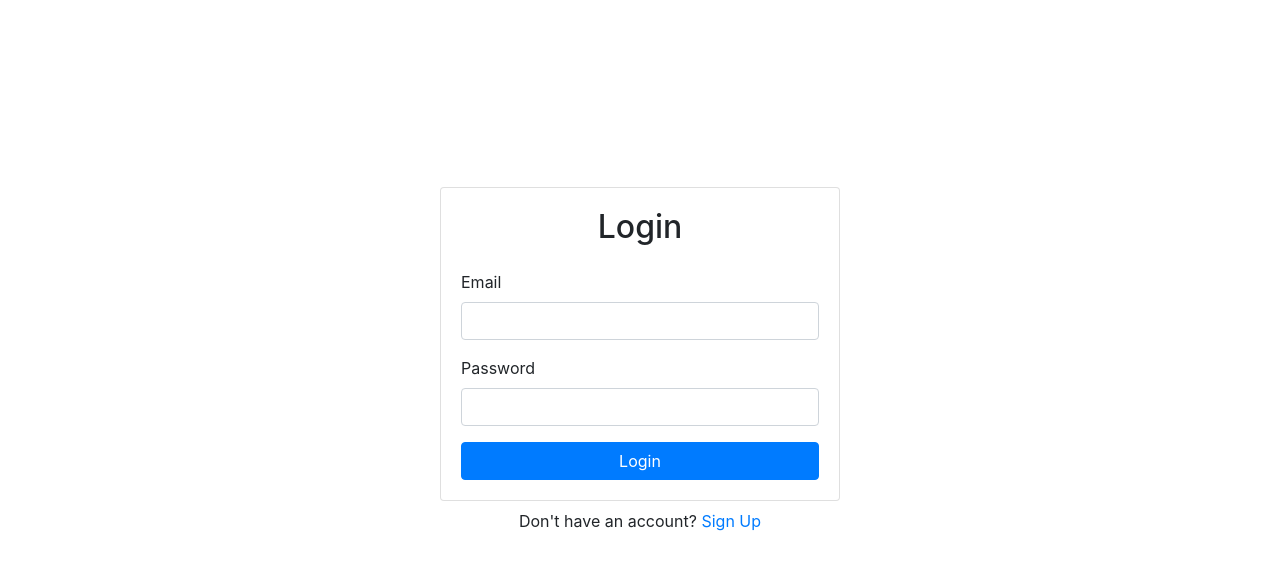
Repository: JonoBowenDev/firebase-tutorial
Page: /
The author's editor kept a copy of each file at every save. The page is drawn from the files as they stood at one save, then again after the next save.
The browser window is 1280 px wide. The pictures show the whole page.
The project was rebuilt for these pictures with package versions that can differ from the ones it lists, and the page was loaded fresh each time. Also part of the build but not shown: src/components/SignUp.js, src/components/Dashboard.js.

Above is the page before, as saved 2021-03-12 18:52:54.

### src/index.js
import React from 'react';
import ReactDOM from 'react-dom';
import App from './components/App';
import "bootstrap/dist/css/bootstrap.min.css";

ReactDOM.render(
  <React.StrictMode>
    <App />
  </React.StrictMode>,
  document.getElementById('root')
);

### src/components/App.js
import SignUp from "./SignUp";
import { Container } from "react-bootstrap";
import { AuthProvider } from "../contexts/AuthContext";
import { BrowserRouter as Router, Switch, Route } from "react-router-dom";
import Dashboard from "./Dashboard";
import Login from "./Login";
import PrivateRoute from "./PrivateRoute";

function App() {
  return (

    <Container className="d-flex align-items-center justify-content-center"
      style={{ minHeight: "100vh"}}>
      <div className="w-100" style={{maxWidth: "400px"}}>
      <Router>
        <AuthProvider>
          <Switch>
            <PrivateRoute exact path="/" component={Dashboard} />
            <Route path="/signup" component={SignUp} />
            <Route path="/login" component={Login} />
          </Switch>
        </AuthProvider>
      </Router>
      </div>
    </Container>

  );
}

export default App;

### src/contexts/AuthContext.js
import React, { useContext, useState, useEffect } from "react";
import { auth } from "../firebase";

const AuthContext = React.createContext();

export function useAuth() {
    return useContext(AuthContext);
}

export function AuthProvider({ children }) {

    const [currentUser, setCurrentUser] = useState();
    const [loading, setLoading] = useState(true);

    const signUp = (email, password) => {
        return auth.createUserWithEmailAndPassword(email, password);
    }

    const login = (email, password) => {
        return auth.signInWithEmailAndPassword(email, password);
    }

    const logout = () => {
        return auth.signOut();
    }

    useEffect(() => {
        const unsubscribe = auth.onAuthStateChanged(user => {
            setCurrentUser(user);
            setLoading(false);
        })

        return unsubscribe;
    }, [])


    const value = {
        currentUser,
        login,
        signUp,
        logout
    }

    return (
        <AuthContext.Provider value={value}>
            {!loading && children}
        </AuthContext.Provider>
    )
}

### src/components/Login.js
import React, { useState, useRef } from 'react';
import { Form, Button, Card, Alert } from 'react-bootstrap';
import { useAuth } from "../contexts/AuthContext";
import { Link, useHistory } from "react-router-dom";

export default function Login() {

    const emailRef = useRef();
    const passwordRef = useRef();

    const [error, setError] = useState("");
    const [loading, setLoading] = useState(false);

    const { login } = useAuth();

    const history = useHistory();

    async function handleSubmit (e) {
        e.preventDefault();

        try{
            setError("");
            setLoading(true);
            await login(emailRef.current.value, passwordRef.current.value);
            history.push("/");
        } catch {
            setError("Failed to sign in");
        }

        setLoading(false);
    }

    return (
        <div>
        <Card>
            <Card.Body>
                <h2 className="text-center mb-4">Login</h2>
                {error && <Alert variant ="danger">{error}</Alert>}
                <Form onSubmit={handleSubmit}>
                    <Form.Group id="email">
                        <Form.Label>Email</Form.Label>
                        <Form.Control type="email" ref={emailRef} required />
                    </Form.Group>
                    <Form.Group id="password">
                        <Form.Label>Password</Form.Label>
                        <Form.Control type="password" ref={passwordRef} required />
                    </Form.Group>
                    <Button disabled={loading} className="w-100" type="submit">
                        Login
                    </Button>
                </Form>
            </Card.Body>
        </Card>
        <div className="w-100 text-center mt-2">
            Don't have an account? <Link to="/signup">Sign Up</Link>
        </div>
        </div>
    )
}

### src/components/PrivateRoute.js
import React from 'react'
import { Route, Redirect } from "react-router-dom";
import { useAuth } from "../contexts/AuthContext";

export default function PrivateRoute({ component: Component, ...rest }) {

    const { currentUser } = useAuth();

    return (
        <Route
        {...rest}
        render={props => {
            return currentUser ? <Component {...props} /> : <Redirect to="/login" />
        }}
        >

        </Route>
    )
}

### src/firebase.js
import firebase from "firebase";
import "firebase/auth";

// TRY IF THIS DOESN'T WORK
// console.log(process.env.apikey);

const app = firebase.initializeApp({
    apiKey: process.env.REACT_APP_FIREBASE_API_KEY,
    authDomain: process.env.REACT_APP_FIREBASE_AUTH_DOMAIN,
    projectId: process.env.REACT_APP_FIREBASE_PROJECT_ID,
    storageBucket: process.env.REACT_APP_FIREBASE_STORAGE_BUCKET,
    messagingSenderId: process.env.REACT_APP_FIREBASE_MESSAGING_SENDER_ID,
    appId: process.env.REACT_APP_FIREBASE_APP_ID
});

export const auth = app.auth();
export default app;

Loaded but not shown: public/index.html (common file)

After the next save:
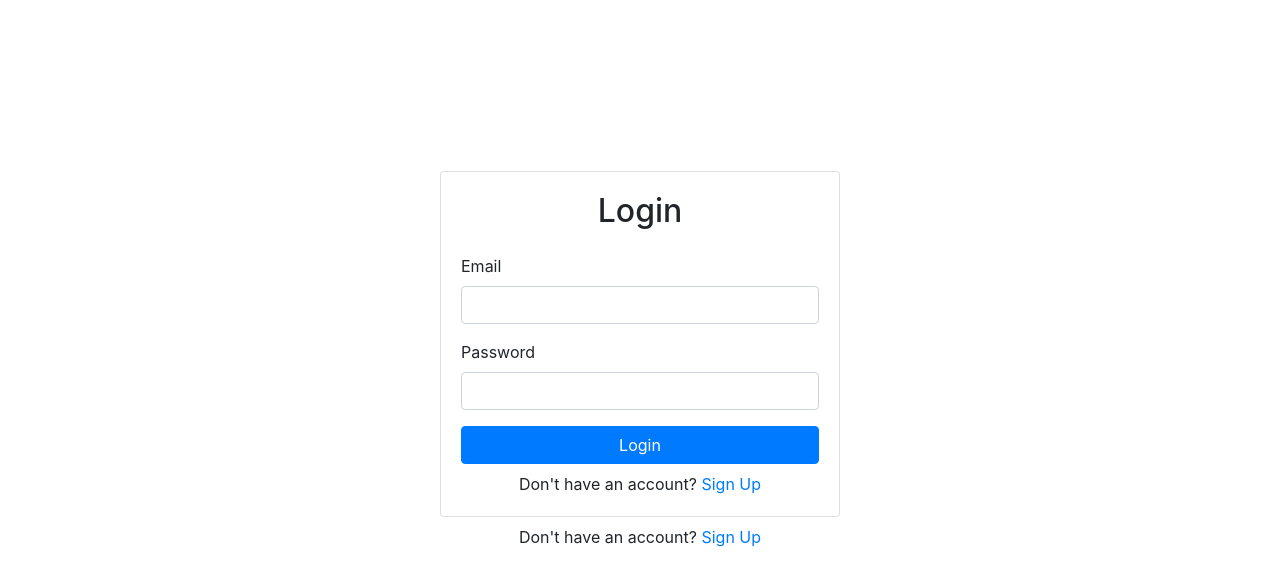
Saved 73 s later.
--- a/src/components/Login.js
+++ b/src/components/Login.js
@@ -49,6 +49,9 @@ export default function Login() {
                         Login
                     </Button>
                 </Form>
+                <div className="w-100 text-center mt-2">
+                    Don't have an account? <Link to="/signup">Sign Up</Link>
+                </div>
             </Card.Body>
         </Card>
         <div className="w-100 text-center mt-2">
